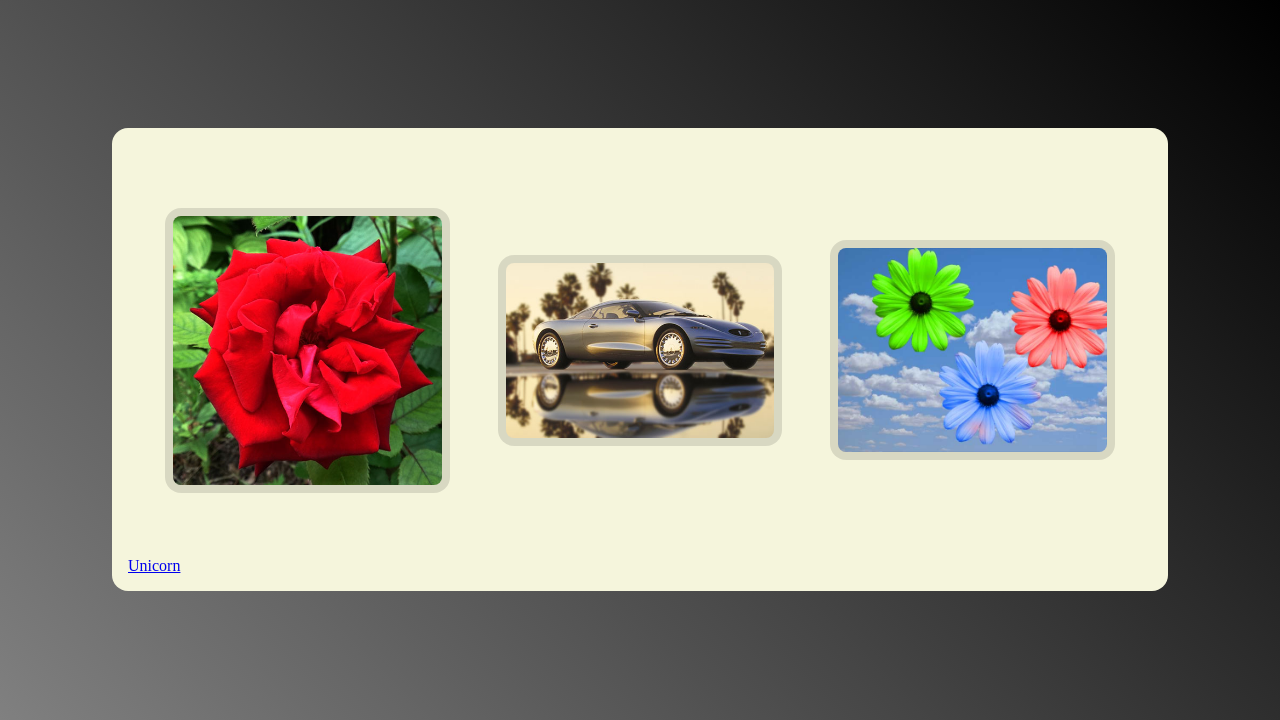
Repository: ViggoSkj/VGY
Page: ovningar/photoshopovning/photoshopovning.html
The author's editor kept a copy of each file at every save. The page is drawn from the files as they stood at one save, then again after the next save.
The browser window is 1280 px wide. The pictures show the whole page.

Above is the page before, as saved 2022-11-27 12:13:18.

### ovningar/photoshopovning/photoshopovning.html
<!DOCTYPE html>
<html lang="en">
    <head>
        <meta charset="UTF-8">
        <meta http-equiv="X-UA-Compatible" content="IE=edge">
        <meta name="viewport" content="width=device-width, initial-scale=1.0">
        <title>Document</title>
        <link rel="stylesheet" href="public/css/style.css">
    </head>
    <body>
        <div class="container">
            <div class="images">
                <img src="public/images/ros_edited.jpg" alt="ros">
                <img src="public/images/bil_edited.jpg" alt="bil">
                <img src="public/images/sky_and_flower.jpg" alt="1 röd, 1, blå och 1 grönn blomma på en himmel">
            </div>

            <div id="myfooter">
                <a href="https://validator.w3.org/unicorn/check?ucn_uri=labb.vgy.se/~viggosg/ovningar/photoshopovningar.html&ucn_task=conformance">Unicorn</a>
             </div>
        </div>
    </body>
</html>

### ovningar/photoshopovning/public/css/style.css
body
{
    background-image: linear-gradient(45deg, gray, black);
    display: flex;
    height: 100%;
    margin: 0;
    background-repeat: no-repeat;
    background-attachment: fixed;
}

.container
{
    background-color: beige;
    margin: auto;
    margin-top: 8em;
    align-items: center;
    width: 80%;
    border-radius: 1em;
    padding: 1em;
}

img
{

    width: 30%;
    border-radius: 1em;
    padding: 0.5em;
    background-color: rgba(0, 0, 0, 0.116);
}

.images
{
    display: flex;
    justify-content: center;
    gap: 3em;
    align-items: center;
    padding: 2em;
    margin: 2em;
}

After the next save:
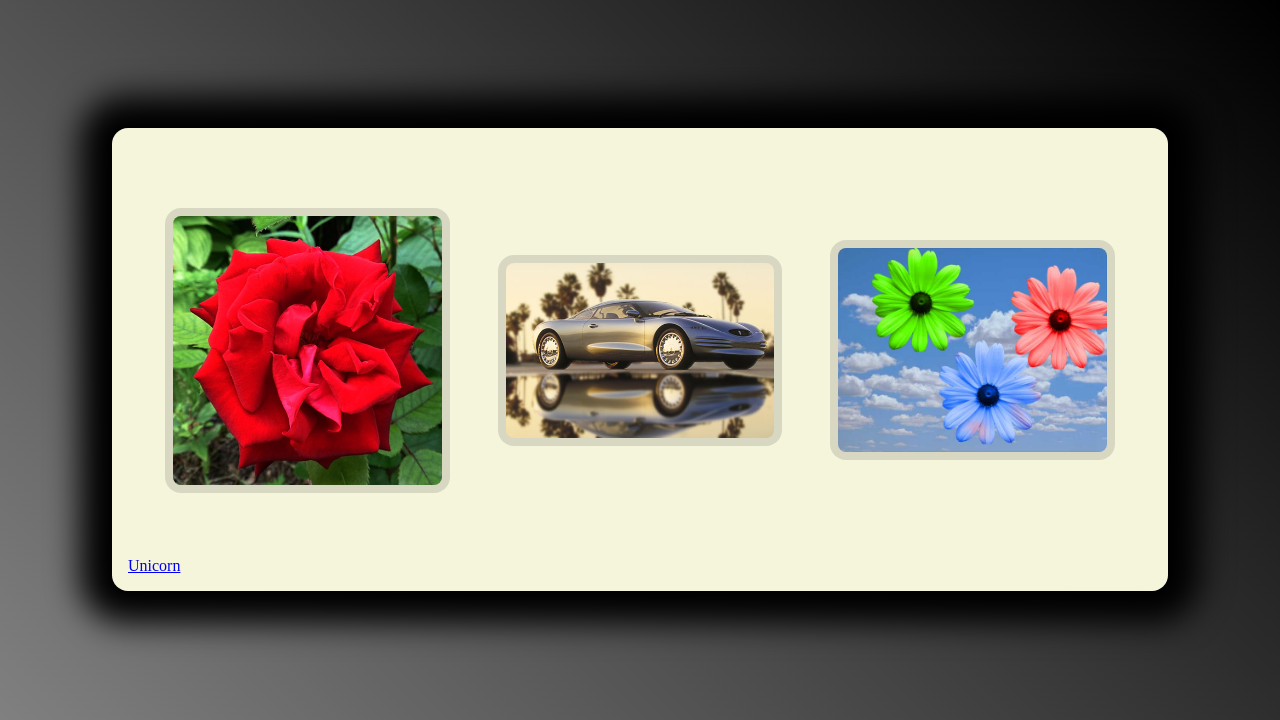
Saved 15 s later.
--- a/ovningar/photoshopovning/public/css/style.css
+++ b/ovningar/photoshopovning/public/css/style.css
@@ -17,6 +17,7 @@ body
     width: 80%;
     border-radius: 1em;
     padding: 1em;
+    box-shadow: 0em 0em 2em 2em black;
 }
 
 img
